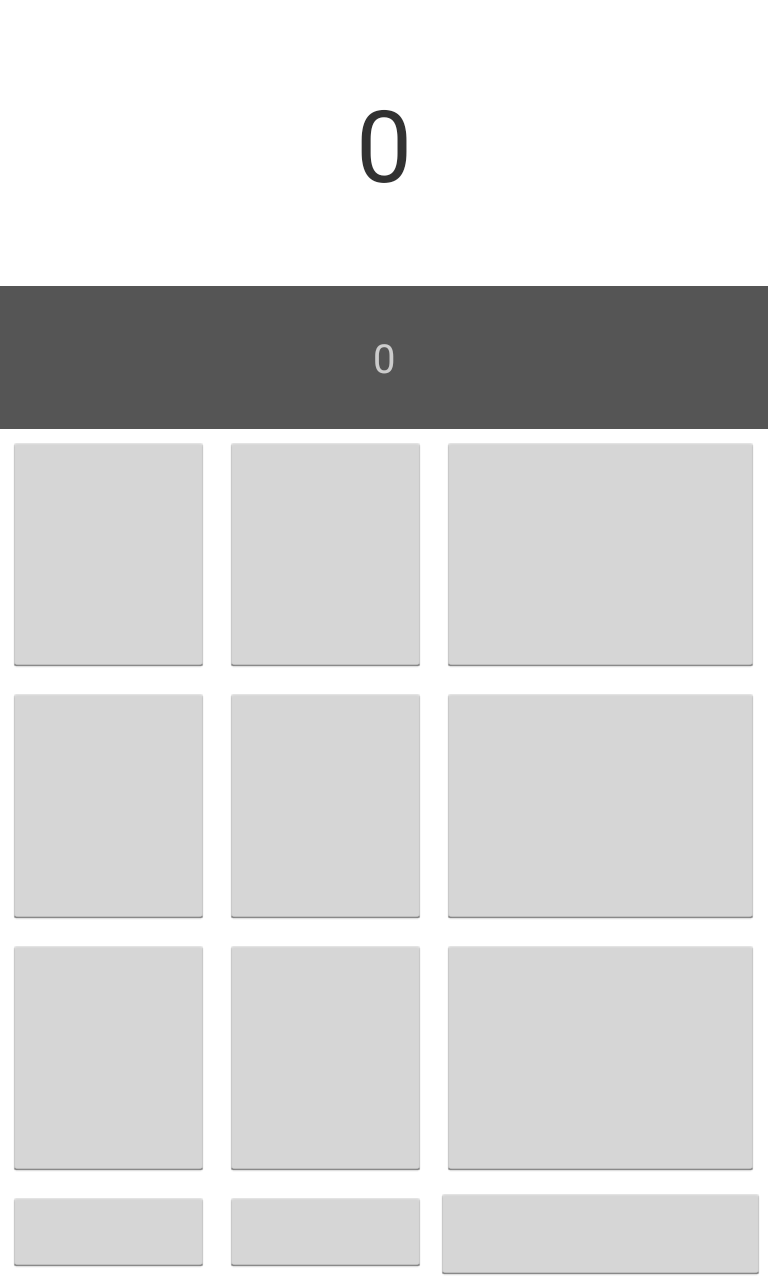
Repository: Wenfeng-GAO/Android-AppLites
Layout: RemoteControl/res/layout/fragment_remote_control.xml
These files come from the project's save history. The layout is drawn as it stood at one moment and after the next save; the edit follows.
It is drawn on a 768 x 1280 px phone screen (xhdpi) without system bars, with theme AppTheme; the app's code is not run.

Above is the layout before, as saved 2014-12-22 19:20:12.

### RemoteControl/res/layout/fragment_remote_control.xml
<TableLayout xmlns:android="http://schemas.android.com/apk/res/android"
    android:id="@+id/fragment_remote_control_tableLayout"
    android:layout_width="match_parent"
    android:layout_height="match_parent"
    android:stretchColumns="*" >
<TextView
    android:id="@+id/textView_selected_fragment_remote_control"
    android:layout_width="match_parent"
    android:layout_height="0dp"
    android:layout_weight="2"
    android:gravity="center"
    android:text="0"
    android:textSize="50dp" />
<TextView
    android:id="@+id/textView_working_fragment_remote_control"
    android:layout_width="match_parent"
    android:layout_height="0dp"
    android:layout_weight="1"
    android:background="#555"
    android:gravity="center"
    android:text="0"
    android:textColor="#ccc"
    android:textSize="20dp" />
<include
    android:layout_weight="1"
    layout="@layout/button_row" />
<include
    android:layout_weight="1"
    layout="@layout/button_row" />
<include
    android:layout_weight="1"
    layout="@layout/button_row" />
<!-- <include
    android:layout_weight="1"
    layout="@layout/button_row"
    style="@style/ControlButton" /> -->
    <TableRow>
        <Button style="@style/RemoteButton"/>
        <Button style="@style/RemoteButton"/>
        <Button style="@style/ControlButton"/>
    </TableRow>
</TableLayout>

### RemoteControl/res/values/styles.xml
<resources xmlns:android="http://schemas.android.com/apk/res/android">

    <!--
        Base application theme, dependent on API level. This theme is replaced
        by AppBaseTheme from res/values-vXX/styles.xml on newer devices.
    -->
    <style name="AppBaseTheme" parent="android:Theme.Light">
        <!--
            Theme customizations available in newer API levels can go in
            res/values-vXX/styles.xml, while customizations related to
            backward-compatibility can go here.
        -->
    </style>

    <!-- Application theme. -->
    <style name="AppTheme" parent="AppBaseTheme">
        <!-- All customizations that are NOT specific to a particular API-level can go here. -->
    </style>

    <style name="RemoteButton">
        <item name="android:layout_width">0dp</item>
        <item name="android:layout_height">match_parent</item>
        <item name="android:textColor">#556699</item>
        <item name="android:textSize">20dp</item>
        <item name="android:layout_margin">3dp</item>
    </style>

    <style name="ControlButton">
        <item name="android:textStyle" parent="RemoteButton">bold</item>
    </style>

</resources>

### RemoteControl/res/layout/button_row.xml
<?xml version="1.0" encoding="utf-8"?>
<TableRow xmlns:android="http://schemas.android.com/apk/res/android" >
	<Button style="@style/RemoteButton" />
	<Button style="@style/RemoteButton" />
	<Button style="@style/RemoteButton" />
</TableRow>

Loaded but not shown: RemoteControl/res/values-v11/styles.xml (common file); RemoteControl/res/values-v14/styles.xml (common file)

After the next save:
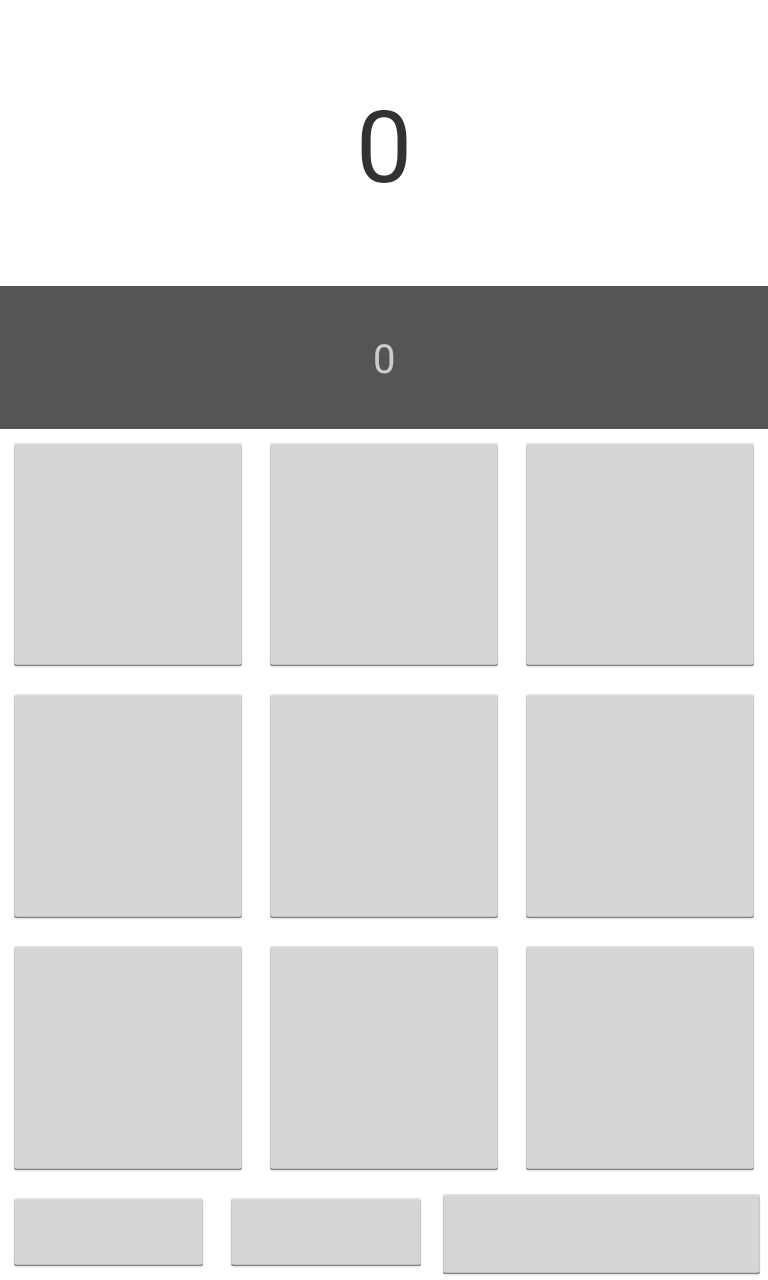
Saved 71 s later.
--- a/RemoteControl/res/values/styles.xml
+++ b/RemoteControl/res/values/styles.xml
@@ -19,6 +19,7 @@
 
     <style name="RemoteButton">
         <item name="android:layout_width">0dp</item>
+        <item name="android:layout_weight">1</item>
         <item name="android:layout_height">match_parent</item>
         <item name="android:textColor">#556699</item>
         <item name="android:textSize">20dp</item>
